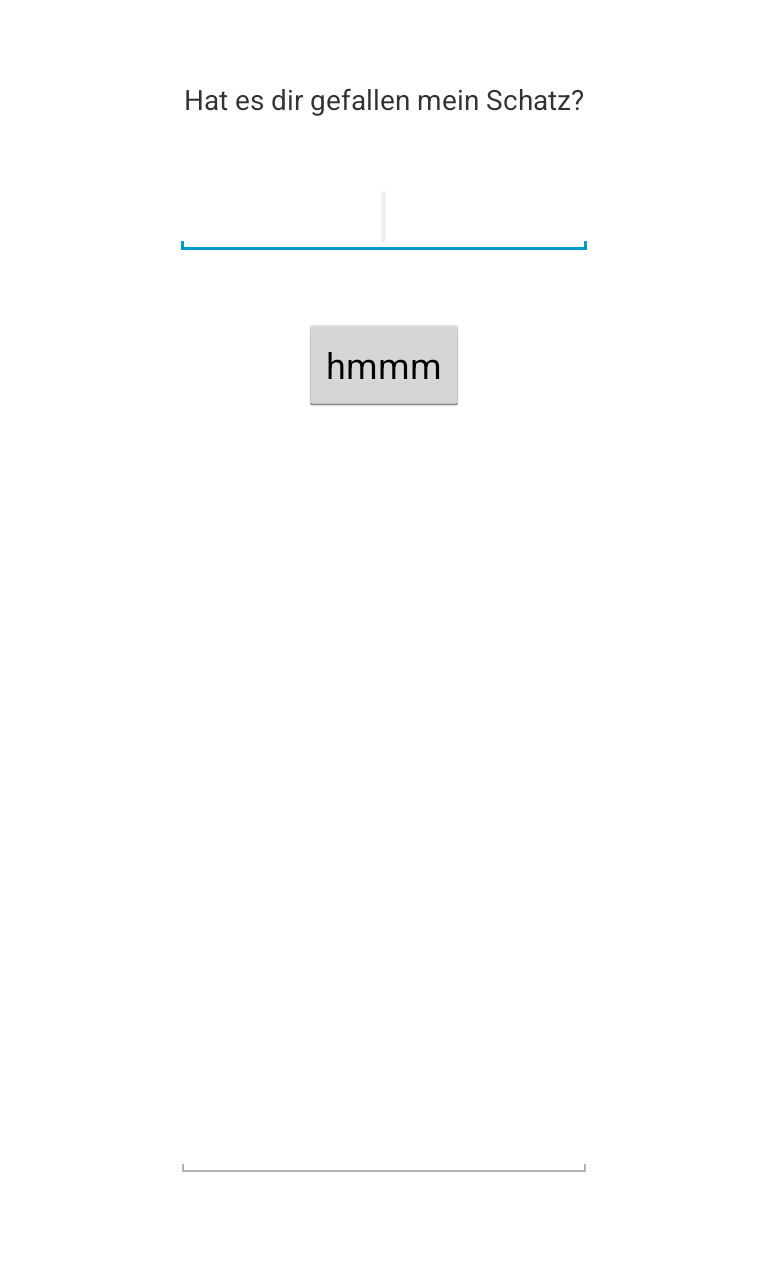
Repository: flashback2k12/ChristmasPresent
Layout: ChristmasPresent/res/layout/activity_expanded_stuff.xml
These files come from the project's save history. The layout is drawn as it stood at one moment and after the next save; the edit follows.
It is drawn on a 768 x 1280 px phone screen (xhdpi) without system bars, with theme AppTheme; the app's code is not run.

Above is the layout before, as saved 2012-12-19 18:51:32.

### ChristmasPresent/res/layout/activity_expanded_stuff.xml
<?xml version="1.0" encoding="utf-8"?>
<LinearLayout xmlns:android="http://schemas.android.com/apk/res/android"
    android:layout_width="match_parent"
    android:layout_height="fill_parent"
    android:orientation="vertical" >

    <RelativeLayout
        android:layout_width="fill_parent"
        android:layout_height="fill_parent" >

        <TextView
            android:id="@+id/textView1"
            android:layout_width="wrap_content"
            android:layout_height="wrap_content"
            android:layout_alignParentTop="true"
            android:layout_centerHorizontal="true"
            android:layout_marginLeft="30dp"
            android:layout_marginRight="30dp"
            android:layout_marginTop="40dp"
            android:text="@string/expanded_one" />

        <EditText
            android:id="@+id/etAntwortSchatz"
            android:layout_width="wrap_content"
            android:layout_height="wrap_content"
            android:layout_below="@+id/textView1"
            android:layout_centerHorizontal="true"
            android:layout_marginTop="30dp"
            android:ems="10"
            android:gravity="center" >

            <requestFocus />
        </EditText>

        <Button
            android:id="@+id/button1EXS"
            android:layout_width="wrap_content"
            android:layout_height="wrap_content"
            android:layout_below="@+id/etAntwortSchatz"
            android:layout_centerHorizontal="true"
            android:layout_marginTop="30dp"
            android:text="@string/button_answer"
            android:onClick="BtnAntwort"/>

        <EditText
            android:id="@+id/etAntwort"
            android:layout_width="wrap_content"
            android:layout_height="fill_parent"
            android:layout_below="@+id/button1EXS"
            android:layout_centerHorizontal="true"
            android:layout_marginBottom="50dp"
            android:layout_marginTop="30dp"
            android:clickable="false"
            android:editable="false"
            android:ems="10"
            android:gravity="center" />

    </RelativeLayout>

</LinearLayout>

### ChristmasPresent/res/values-v11/styles.xml
<resources>

	<style  name="AppTheme" parent="android:Theme.Holo.Light" />

</resources>

### ChristmasPresent/res/values/styles.xml
<resources xmlns:android="http://schemas.android.com/apk/res/android">

    <style name="AppTheme" parent="android:Theme.Light" />

    <style name="WidgetBackground_4_1">
        <item name="android:background">@drawable/widget_4_1</item>
    </style>

<style name="WidgetTitle">
        <item name="android:textSize">10sp</item>
        <item name="android:textStyle">bold</item>
        <item name="android:textColor">@android:color/white</item>
    </style>

    <style name="WidgetText">
        <item name="android:textSize">10sp</item>
        <item name="android:textColor">@android:color/white</item>
    </style>
    <style name="AppTheme" parent="android:Theme.Black" />

</resources>

### ChristmasPresent/res/values/strings.xml
<?xml version="1.0" encoding="utf-8"?>
<resources>

    <string name="app_name">Weihnachtsgeschenk</string>
    <string name="title_activity_main">Weihnachtsgeschenk</string><string name="hello_schatz_z1">Ich wünsche dir alles liebe zum Weihnachtsfest mein Schatz. :-* </string>
    <string name="hello_schatz_z2">Ich hoffe, dass dir die nächsten Punkte gefallen werden!!! :-)</string>
    <string name="button_standard">drück mich!</string>
    <string name="fuelltext">Spannung...</string>
    <string name="checkbox1">Gutschein 01</string>
    <string name="checkbox2">Gutschein 02</string>
    <string name="checkbox3">Gutschein 03</string>
    <string name="checkbox4">Gutschein 04</string>
    <string name="checkbox5">Gutschein 05</string>
    <string name="checkbox6">Gutschein 06</string><string name="checkbox7">Gutschein 07</string><string name="checkbox8">Gutschein 08</string><string name="checkbox9">Gutschein 09</string><string name="checkbox10">Gutschein 10</string><string name="gutschein1">Ein Gutschein für einen Kinobesuch deiner Wahl!</string>
    <string name="gutschein2">Ein Gutschein zum Essen gehen deiner Wahl!</string>
    <string name="gutschein3">Ein Gutschein für eine Massage deiner Wahl!</string>
    <string name="gutschein4">Ein Gutschein für ein Candlelight Dinner!</string>
    <string name="gutschein5">Ein Gutschein für 4 Knutsch-Fotos im Passbildautomat (Ecke Löffelfamilie)!</string>
    <string name="gutschein6">Ein Gutschein für einen DVD Marathon deiner Wahl mit Leckereien! </string>
    <string name="gutschein7">Ein Gutschein für die Erfüllung eines Wunsches von dir!</string>
    <string name="gutschein8">Ein Gutschein für ein Picknick!</string>
    <string name="gutschein9">Ein Gutschein deiner Wahl wiederholen!</string>
    <string name="christmas">Frohe Weihnachten mein Schatz!</string>
    <string name="i_love_you">Ich liebe Dich!</string>
    <string name="app_widget_4_1_christmas">Frohe Weihnachten</string>
    <string name="i_love_you_2">Ich liebe Dich mein Schatz! :-***</string>
    <string name="miss_you">Du fehlst mir jeden Tag an dem wir uns nicht sehen!</string>
    <string name="app_widget_4_1_allYear">Kussi</string>
    <string name="expanded_one">Hat es dir gefallen mein Schatz?</string>
    <string name="button_answer">hmmm</string>

</resources>

Loaded but not shown: ChristmasPresent/res/values-v14/styles.xml (common file)

After the next save:
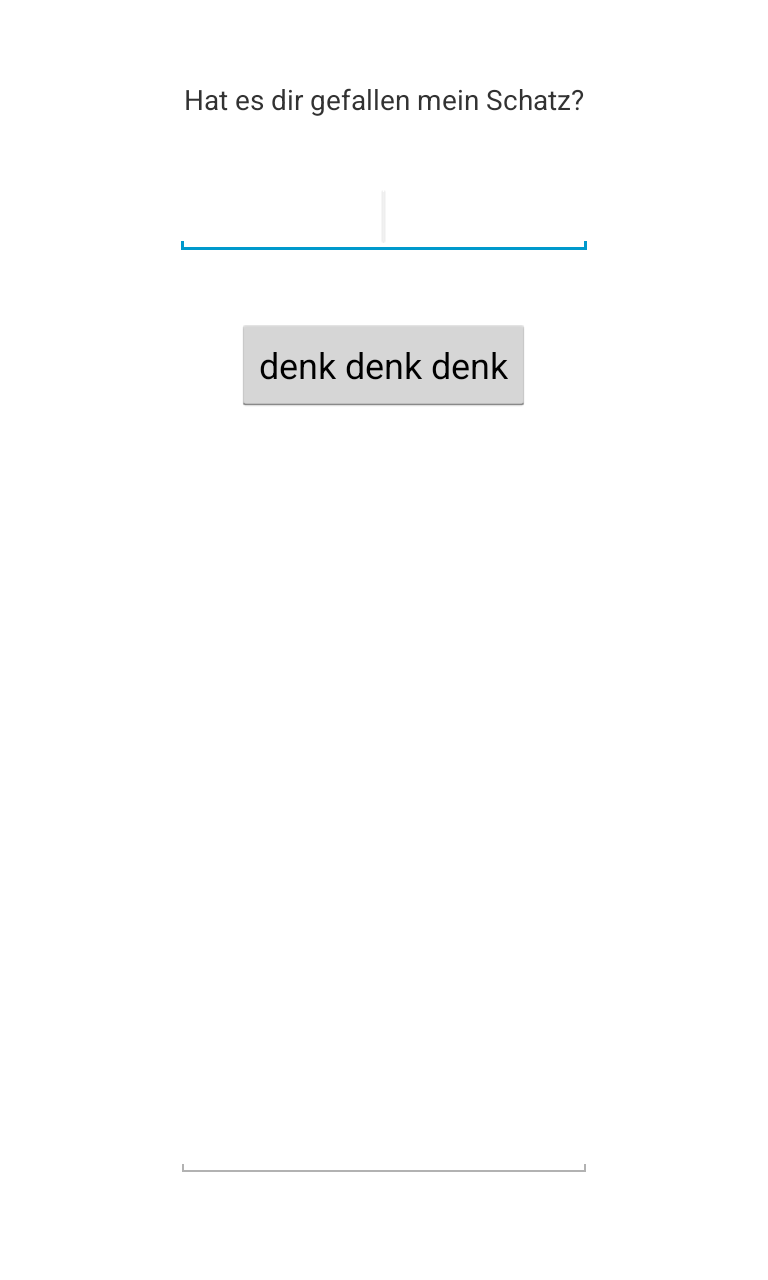
Saved 26 s later.
--- a/ChristmasPresent/res/values/strings.xml
+++ b/ChristmasPresent/res/values/strings.xml
@@ -27,6 +27,6 @@
     <string name="miss_you">Du fehlst mir jeden Tag an dem wir uns nicht sehen!</string>
     <string name="app_widget_4_1_allYear">Kussi</string>
     <string name="expanded_one">Hat es dir gefallen mein Schatz?</string>
-    <string name="button_answer">hmmm</string>
+    <string name="button_answer">denk denk denk</string>
 
 </resources>
